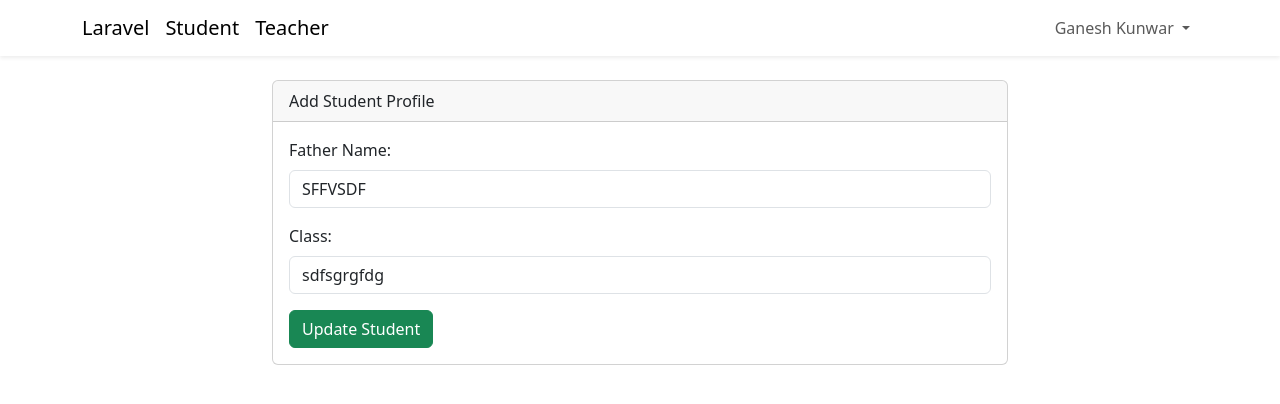
Repository: kunwarganesh07/Example
Page: http://localhost/student/profile/4
An editor plug-in stored every save of this project. The page is shown before and after the next save, followed by the edit.
The browser window is 1280 px wide. The pictures show the whole page.
The page is served by the project's Laravel application, run on PHP 8.4 with Laravel 12. The first stored user is signed in. Other server files are loaded and not shown. The database holds what the project's SQL file puts in it.

Above is the page before, as saved 2025-11-17 14:30:05.

### routes/web.php
<?php


use App\Http\Controllers\HomeController;
use App\Http\Controllers\StudentController;
use App\Http\Controllers\TeacherController;
use Illuminate\Support\Facades\Auth;
use Illuminate\Support\Facades\Route;

Route::get('/', function () {
    return view('welcome');
});

Auth::routes();
Route::group(['middleware' => 'auth'], function () {
    Route::get('/home', [HomeController::class, 'index'])->name('home');
    Route::get('/student', [StudentController::class, 'index'])->name('student.index');
    Route::get('/student/create', [StudentController::class, 'create'])->name('student.create');
    Route::post('store', [StudentController::class, 'store'])->name('store');
    Route::put('update/{id}', [StudentController::class, 'update'])->name('students.update');
    Route::delete('delete/{id}', [StudentController::class, 'destroy'])->name('students.delete');

    Route::get('student/edit/{id}', [StudentController::class, 'edit'])->name('students.edit');
    Route::get('student/profile/{id}', [StudentController::class, 'profile'])->name('students.profile');

    Route::get('/teachers', [TeacherController::class, 'index'])->name('teachers.index');
    Route::get('/teachers/create', [TeacherController::class, 'create'])->name('teachers.create');
    Route::post('/teachers/store', [TeacherController::class, 'store'])->name('teachers.store');
});

### app/Http/Controllers/StudentController.php
<?php

namespace App\Http\Controllers;

use App\Models\Student;
use Illuminate\Http\Request;

class StudentController extends Controller
{
    /**
     * Display a listing of the resource.
     */
    public function index()
    {
        $student = Student::all();
        return view('student.index', compact('student'));
    }

    /**
     * Show the form for creating a new resource.
     */
    public function create()
    {
        return view('student.create');
    }

    /**
     * Store a newly created resource in storage.
     */
    public function store(Request $request)
    {
        // dd($request->all());

        $image = '';
        if ($request->hasFile('image')) {
            $image = time() . '.' . $request->image->extension();
            $request->image->move(public_path('upload/images'), $image);
        }

        $student = new Student();
        $student->name = $request->name;
        $student->contact = $request->contact;
        $student->address = $request->address;
        $student->image = $image;
        $student->save();
        return redirect()->route('student.index');
    }

    /**
     * Display the specified resource.
     */
    public function show(string $id)
    {
        //
    }

    /**
     * Show the form for editing the specified resource.
     */
    public function edit(string $id)
    {
        // dd($id);
        $student = Student::findOrfail($id);
        return view('student.edit', compact('student'));
    }

    /**
     * Update the specified resource in storage.
     */
    public function update(Request $request, string $id)
    {


        $data = Student::findOrfail($id);


        $image = $data->image;
        if ($request->hasFile('image')) {
            $image = time() . '.' . $request->image->extension();
            $request->image->move(public_path('upload/images'), $image);
        }


        $data->name = $request->name;
        $data->address = $request->address;
        $data->contact = $request->contact;
        $data->image = $image;
        $data->save();

        return redirect()->route('student.index');
    }

    /**
     * Remove the specified resource from storage.
     */
    public function destroy(string $id)
    {
        $data = Student::findOrfail($id);
        $data->delete();
        return redirect()->route('student.index');
        // dd('DELETE STUDENT');
    }

    public function profile($id)
    {
        $student = Student::findOrfail($id);
        return view('student.profile',compact('student'));
    }
}

### app/Models/Student.php
<?php

namespace App\Models;

use Illuminate\Database\Eloquent\Model;

class Student extends Model
{
    protected $fillable = ['name', 'address', 'contact'];
}

### resources/views/student/profile.blade.php
@extends('layouts.app')

@section('content')
    <div class="container">
        <div class="row justify-content-center">
            <div class="col-md-8">
                <div class="card">
                    <div class="card-header">{{ __('Add Student Profile') }}
                    </div>
                    <div class="card-body">
                        <form action="{{ route('students.update', $student->id) }}" method="POST"
                            enctype="multipart/form-data">
                            @csrf
                            @method('put')
                            <div class="mb-3">
                                <label class="form-label">Father Name:</label>
                                <input type="text" name="name" class="form-control" value="{{ $student->name }}"
                                    required>
                            </div>

                            <div class="mb-3">
                                <label class="form-label">Class:</label>
                                <input type="text" name="class" class="form-control" value="{{ $student->address }}"
                                    required>
                            </div>

                            {{-- <div class="mb-3">
                                <label for="contact" class="form-label">Contact:</label>
                                <input type="text" name="contact" class="form-control" value="{{ $student->contact }}"
                                    required>
                            </div>
                            <div class="mb-3">
                                <label for="image" class="form-label">Image:</label>
                                <input type="file" name='image'>
                                <img src="{{ asset('upload/images/' . $student->image) }}" alt="" width="150px">
                            </div> --}}

                            <button type="submit" class="btn btn-success">Update Student</button>
                        </form>
                    </div>
                </div>
            </div>
        </div>
    </div>
@endsection

### resources/views/layouts/app.blade.php
<!doctype html>
<html lang="{{ str_replace('_', '-', app()->getLocale()) }}">

<head>
    <meta charset="utf-8">
    <meta name="viewport" content="width=device-width, initial-scale=1">

    <!-- CSRF Token -->
    <meta name="csrf-token" content="{{ csrf_token() }}">

    <title>{{ config('app.name', 'Laravel') }}</title>

    <!-- Fonts -->
    <link rel="dns-prefetch" href="//fonts.bunny.net">
    <link href="https://fonts.bunny.net/css?family=Nunito" rel="stylesheet">

    <link rel="stylesheet" href="https://cdn.jsdelivr.net/npm/bootstrap@5.3.8/dist/css/bootstrap.min.css">
    <script src="https://cdn.jsdelivr.net/npm/bootstrap@5.3.8/dist/js/bootstrap.bundle.min.js"></script>
    <!-- Scripts -->
    {{-- @vite(['resources/sass/app.scss', 'resources/js/app.js']) --}}
</head>

<body>
    <div id="app">
        <nav class="navbar navbar-expand-md navbar-light bg-white shadow-sm">
            <div class="container">
                @auth
                    <a class="navbar-brand" href="{{ url('/') }}">
                        {{ config('app.name', 'Laravel') }}
                    </a>
                    <a class="navbar-brand" href="{{ route('student.index') }}">
                        {{ 'Student' }}
                    </a>
                    <a class="navbar-brand" href="{{ route('teachers.index') }}">
                        {{ 'Teacher' }}
                    </a>
                @endauth
                <button class="navbar-toggler" type="button" data-bs-toggle="collapse"
                    data-bs-target="#navbarSupportedContent" aria-controls="navbarSupportedContent"
                    aria-expanded="false" aria-label="{{ __('Toggle navigation') }}">
                    <span class="navbar-toggler-icon"></span>
                </button>

                <div class="collapse navbar-collapse" id="navbarSupportedContent">
                    <!-- Left Side Of Navbar -->
                    <ul class="navbar-nav me-auto">

                    </ul>

                    <!-- Right Side Of Navbar -->
                    <ul class="navbar-nav ms-auto">
                        <!-- Authentication Links -->
                        @guest
                            @if (Route::has('login'))
                                <li class="nav-item">
                                    <a class="nav-link" href="{{ route('login') }}">{{ __('Login') }}</a>
                                </li>
                            @endif

                            @if (Route::has('register'))
                                <li class="nav-item">
                                    <a class="nav-link" href="{{ route('register') }}">{{ __('Register') }}</a>
                                </li>
                            @endif
                        @else
                            <li class="nav-item dropdown">
                                <a id="navbarDropdown" class="nav-link dropdown-toggle" href="#" role="button"
                                    data-bs-toggle="dropdown" aria-haspopup="true" aria-expanded="false" v-pre>
                                    {{ Auth::user()->name }}
                                </a>

                                <div class="dropdown-menu dropdown-menu-end" aria-labelledby="navbarDropdown">
                                    <a class="dropdown-item" href="{{ route('logout') }}"
                                        onclick="event.preventDefault();
                                                     document.getElementById('logout-form').submit();">
                                        {{ __('Logout') }}
                                    </a>

                                    <form id="logout-form" action="{{ route('logout') }}" method="POST" class="d-none">
                                        @csrf
                                    </form>
                                </div>
                            </li>
                        @endguest
                    </ul>
                </div>
            </div>
        </nav>

        <main class="py-4">
            @yield('content')
        </main>
    </div>
</body>

</html>

### example.sql (the tables this page reads)
CREATE TABLE `students` (
  `id` bigint(20) UNSIGNED NOT NULL,
  `name` varchar(255) NOT NULL,
  `contact` varchar(255) NOT NULL,
  `address` varchar(255) NOT NULL,
  `image` varchar(255) DEFAULT NULL,
  `created_at` timestamp NULL DEFAULT NULL,
  `updated_at` timestamp NULL DEFAULT NULL,
  `status` varchar(255) NOT NULL DEFAULT 'on'
) ENGINE=InnoDB DEFAULT CHARSET=utf8mb4 COLLATE=utf8mb4_unicode_ci;

INSERT INTO `students` (`id`, `name`, `contact`, `address`, `image`, `created_at`, `updated_at`, `status`) VALUES
(4, 'SFFVSDF', '4467446667', 'sdfsgrgfdg', '1763283119.png', '2025-11-16 03:06:59', '2025-11-16 03:13:44', 'on'),
(5, 'Keelie Swanson', 'Sit ab architecto ne', 'Anim sit aperiam ess', '1763369195.png', '2025-11-17 03:01:35', '2025-11-17 03:01:35', 'on'),
(6, 'Brenda Talley', 'Officiis fugit amet', 'Non quam cumque cons', '', '2025-11-19 03:49:50', '2025-11-19 03:49:50', 'on');

ALTER TABLE `students`
  ADD PRIMARY KEY (`id`);

ALTER TABLE `students`
  MODIFY `id` bigint(20) UNSIGNED NOT NULL AUTO_INCREMENT, AUTO_INCREMENT=7;

CREATE TABLE `users` (
  `id` bigint(20) UNSIGNED NOT NULL,
  `name` varchar(255) NOT NULL,
  `email` varchar(255) NOT NULL,
  `email_verified_at` timestamp NULL DEFAULT NULL,
  `password` varchar(255) NOT NULL,
  `remember_token` varchar(100) DEFAULT NULL,
  `created_at` timestamp NULL DEFAULT NULL,
  `updated_at` timestamp NULL DEFAULT NULL
) ENGINE=InnoDB DEFAULT CHARSET=utf8mb4 COLLATE=utf8mb4_unicode_ci;

INSERT INTO `users` (`id`, `name`, `email`, `email_verified_at`, `password`, `remember_token`, `created_at`, `updated_at`) VALUES
(1, 'Ganesh Kunwar', 'ganeshkunwarnp2003@gmail.com', NULL, '$2y$12$zuws5i1jBM93zn91sRiEWu6/VYwOU5F1pitrW4ArYiTwxixQ1EUNK', NULL, '2025-11-12 03:30:40', '2025-11-12 03:30:40'),
(2, 'Ganesh Kunwar', 'ganeshkunwar2003@gmail.com', NULL, '$2y$12$a4HvYa1hWIEjIiB7NMkWe.LDoonRKvDYdmrJAjtLM3ArhlO4SN0ai', NULL, '2025-11-12 03:34:18', '2025-11-12 03:34:18');

ALTER TABLE `users`
  ADD PRIMARY KEY (`id`),
  ADD UNIQUE KEY `users_email_unique` (`email`);

ALTER TABLE `users`
  MODIFY `id` bigint(20) UNSIGNED NOT NULL AUTO_INCREMENT, AUTO_INCREMENT=3;

Loaded but not shown: app/Http/Controllers/Auth/ConfirmPasswordController.php (common file); app/Http/Controllers/Controller.php (common file); app/Models/User.php (common file)

After the next save:
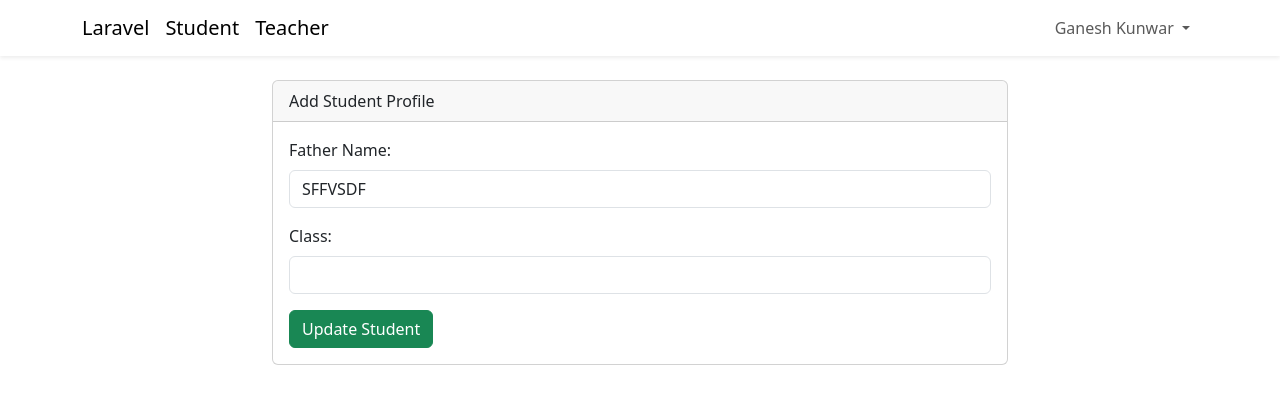
Saved 4 s later.
--- a/resources/views/student/profile.blade.php
+++ b/resources/views/student/profile.blade.php
@@ -20,7 +20,7 @@
 
                             <div class="mb-3">
                                 <label class="form-label">Class:</label>
-                                <input type="text" name="class" class="form-control" value="{{ $student->address }}"
+                                <input type="text" name="class" class="form-control"
                                     required>
                             </div>
 
